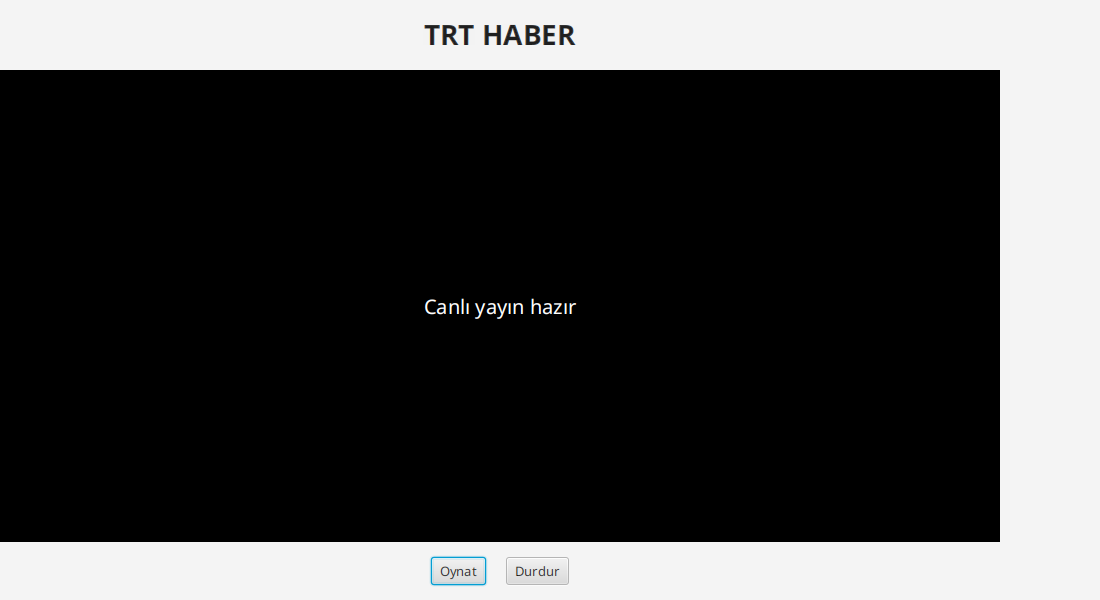
Repository: ACAN026/JAVAFX
Program's window: java CanliTV/src/application/Main.java
These files come from the project's save history. The program's window is drawn as it stood at one moment and after the next save; the edit follows.
It runs on Java 21 on a 1366 x 768 screen with JavaFX 11; the title bar is not drawn.

Above is the program's window before, as saved 2026-09-26 20:03:22.

After the next save:
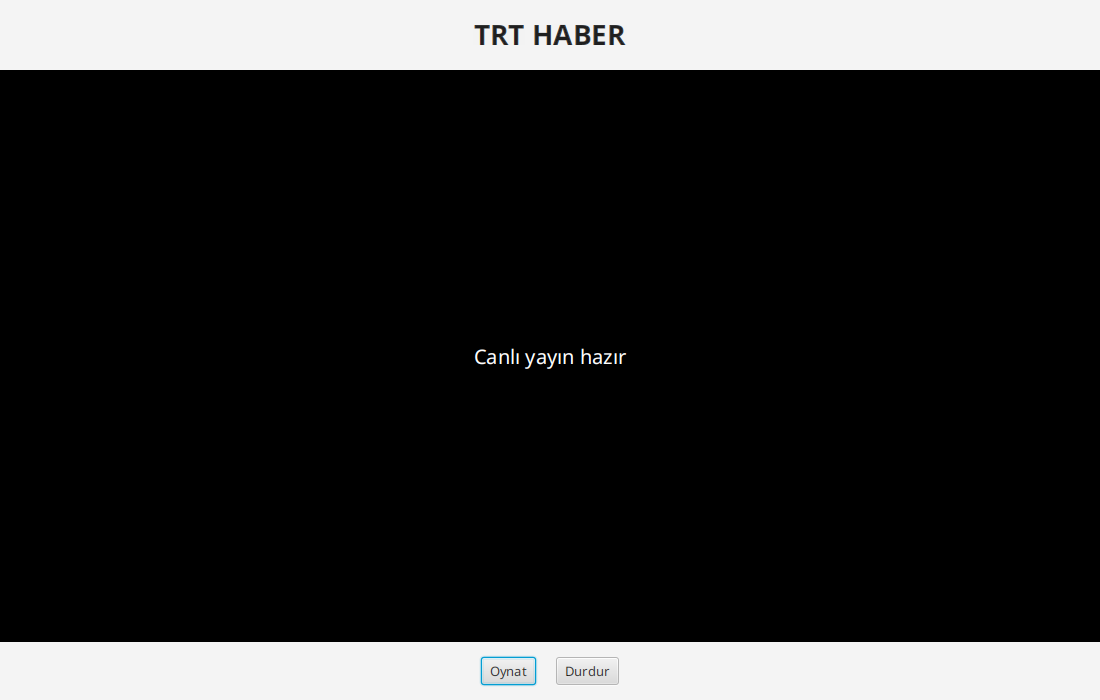
Saved 114 s later.
--- a/CanliTV/src/application/Main.java
+++ b/CanliTV/src/application/Main.java
@@ -2,8 +2,8 @@
 
 import javafx.application.Application;
 import javafx.fxml.FXMLLoader;
+import javafx.scene.Scene;
 import javafx.scene.Parent;
-import javafx.scene.Scene;
 import javafx.stage.Stage;
 
 public class Main extends Application {
@@ -11,13 +11,14 @@
     @Override
     public void start(Stage stage) throws Exception {
 
-        Parent root = FXMLLoader.load(
-                getClass().getResource("Player.fxml")
-        );
+        FXMLLoader loader =
+                new FXMLLoader(getClass().getResource("Player.fxml"));
 
-        Scene scene = new Scene(root, 1000, 600);
+        Parent root = loader.load();
 
-        stage.setTitle("TRT Haber");
+        Scene scene = new Scene(root, 1100, 700);
+
+        stage.setTitle("TRT Haber Canlı");
         stage.setScene(scene);
         stage.show();
     }
